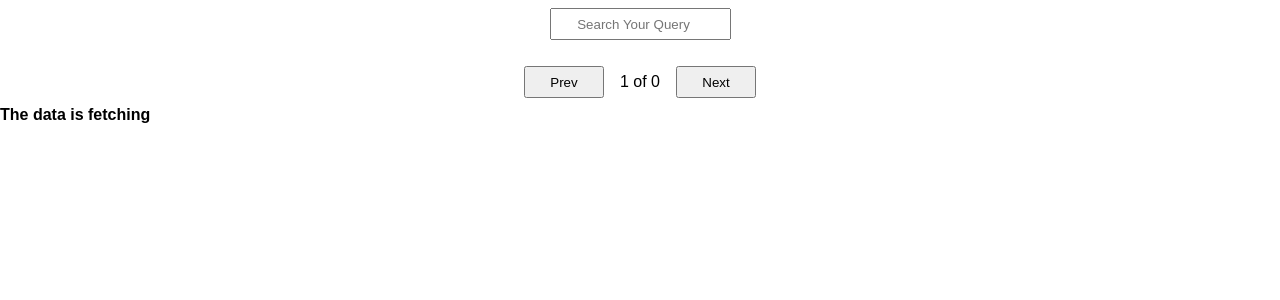
Repository: suraj-yadav7/TechNews
Page: /
These files come from the project's save history. The page is drawn as it stood at one moment and after a run of saves; the edit follows.
The browser window is 1280 px wide. The pictures show the whole page.
The page's requests for data from a server got no answer. The project was rebuilt for these pictures with package versions that can differ from the ones it lists, and the page was loaded fresh each time. No one was signed in, and anything a server would have sent is missing.

Above is the page before, as saved 2023-04-28 10:30:28.

### src/index.js
import React from 'react';
import ReactDOM from 'react-dom/client';
import App from './App';
import { AppProvider } from './context';

const root = ReactDOM.createRoot(document.getElementById('root'));
root.render(
  <React.StrictMode>
    <AppProvider>
    <App />
    </AppProvider>
  </React.StrictMode>
);

### src/App.js
import './App.css';
import Search from './components/Search';
import Stories from './components/Stories';

function App() {
  return (
      <>
      <Search/>
      <Stories />
      </>
  );
}

export default App;

### src/context.jsx
import {useContext, createContext, useEffect, useReducer} from "react"
import {reducer} from './reducer'

const AppContext = createContext();
let api = "https://hn.algolia.com/api/v1/search?";
const initial = {
    hits:[],
    page:0,
    nbPages:0,
    query:"",
    isLoading:true
}

const AppProvider = ({children})=>{

    const [state, dispatch] = useReducer(reducer, initial)

    const fetchApiData = async(url)=>{
        dispatch({
            type:"loadingData",
        })
        try{
            let fetchApi = await fetch(url)
            let data = await fetchApi.json()
            console.log(data)
            dispatch({
                type:"Get_Update",
                payload:{
                    hitNews:data.hits,
                    pg:data.page,
                    nbPg: data.nbPages
                }
            })
        }
        catch(error){
            console.log(error)
        }
        }

        //removing post
        const removePost = (objectID) =>{
                    dispatch({
                        type:"remove_post",
                        payload: objectID
                    })
        }

    //Search Post
    const searchPost = ((searchVal)=>{
        // searchVal.preventDefault()
        dispatch({
        type:"SEARCH_POST",
        payload: searchVal
        })
    })

    //Previous Page
    const prevPage=()=>{
        dispatch({
            type:"PREV_PAGE"
        })
    }
    const nextPage=()=>{
        dispatch({
            type:"NEXT_PAGE"
        })
    }
    useEffect(()=>{
         fetchApiData(`${api}query=${state.query}&&page=${state.page}`)

    },[state.query, state.page])


    return(
        <AppContext.Provider value= {{...state, removePost, searchPost,prevPage,nextPage}} >{children}</AppContext.Provider>
    )
};

//Custom hook to provide appContext and useContext

const useGlobalContext = ()=>{
    return useContext(AppContext)
}
export {AppContext,AppProvider, useGlobalContext}

### src/App.css
*{
  margin: 0;
  padding: 0;
  box-sizing: border-box;
  font-family:  sans-serif;
}

/* Search Div*/
.searchMain{
  display: flex;
  flex-direction: column;
  align-items: center;
  justify-content: center;
  gap:10px
}
.searchInput{
  margin: 0.5rem 0;
  width: 100%;
  height: 2rem;
  text-align: center;
}
.pagination{
  margin: 0.5rem 0;
}
.pagination> button{
  width: 5rem;
  height: 2rem;
  margin: 0 1rem;
}
/* Stories */
.parentStory{
  display: flex;
  align-items: center;
  justify-content: center;
  flex-direction: column;
  gap: 1rem;
  background-image: linear-gradient(to right, #DECBA4, #3E5151);


}

.stories{
  width: 50%;
  height: 12rem;
  display: flex;
  background-image: linear-gradient(to right, #434343 0%, black 100%);
  align-items: center;
  justify-content: center;
  flex-direction: column;
  color: white;
  text-align: center;
}
.stories> h3,p{
  margin: 1rem 0;
  /* padding-bottom: 4rem; */
  padding: 0 2rem;
  margin-bottom: 1.2rem;
}
.storiesButton{
  height: 2rem;
  display: flex;
  align-items: center;
  margin:0.5rem ;
}
.storiesButton >button, a>button{
  margin:0 5rem;
  border: 1px solid blue;
  background-color: aliceblue;
  color: black;
  border-radius: 10px;
  height: 2rem;
  width: 6rem;
  text-align:center;
  font-size: medium;
  cursor: pointer;
}

### src/components/Search.jsx
import React from 'react'
import { useGlobalContext } from '../context'

const Search = () => {
  const { query, searchPost, prevPage, nextPage, nbPages, page } = useGlobalContext()
  return (
    <>
      <div className='searchMain'>
        <div className='formContainer'>
          <form onSubmit={(e) => e.preventDefault()}>
            <input className='searchInput' type="search" placeholder='Search Your Query' value={query} onChange={(e) => searchPost(e.target.value)}></input>
          </form>
        </div>
        <div className='pagination'>
          <button onClick={prevPage} >Prev</button>
          <span>{page + 1} of {nbPages}</span>
          <button onClick={nextPage} >Next</button>
        </div>
      </div>
    </>
  )
}

export default Search

### src/components/Stories.jsx
import React from 'react'
import { useGlobalContext } from '../context'

const Stories = () => {
  const { hits, isLoading, removePost } = useGlobalContext()



  if (isLoading) {
    return (
      <div className="Loading">
        <h4>The data is fetching</h4>
      </div>
    )
  }
  return (
    <>
      <div className='parentStory'>
        <h2>Latest Tech News</h2>
        {hits?.map((story) => {
          const { objectID } = story
          return (
            <>
              <div className='stories' key={objectID}>
                <h3>{story.title}</h3>
                <p>by <span>{story.author}</span>  | <span>comment: {story.num_comments} </span></p>
                  <div className="storiesButton">
                  <a href={story.url} target='_blank' rel="noreferrer"><button >Read More</button></a>
                  <button onClick={() => removePost(objectID)} >Remove</button>
                </div>
              </div>
            </>)
        })}
      </div>
    </>
  )
}

export default Stories

### src/reducer.jsx

const reducer = (state,action) =>{
    switch(action.type){
        case"loadingData" : return{
            ...state,
            isLoading: true

        } ;
        case "Get_Update":
            return{
                ...state,
                isLoading:false,
                hits:action.payload.hitNews,
                nbPages:action.payload.nbPg
            }

        case "remove_post":
            return{
                ...state, hits: state.hits.filter((post)=> post.objectID !== action.payload)
            }

        case "SEARCH_POST":
            return{
                    ...state, query: action.payload
            }

        case "PREV_PAGE":
            let pageNum=state.page-1
            if(pageNum<=0){
                pageNum=0
            }
            return{
                 ...state,
                    page:pageNum
                }


        case "NEXT_PAGE":
            let pageNum2= state.page+1
            if(pageNum2>=50){
                pageNum2=0
            }

            return{
                ...state,
                page:pageNum2
            }

    }
    return state
}
export {reducer};

Loaded but not shown: public/index.html (common file)

After the next 2 saves:
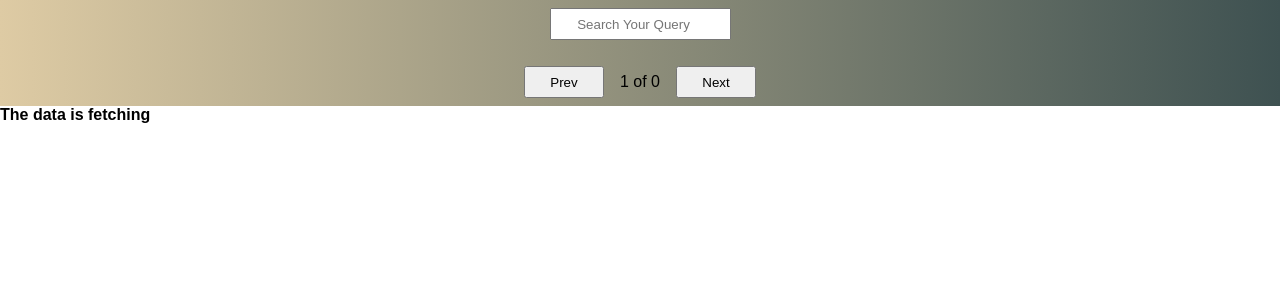
The 2 saves are shown as one change because they came seconds apart.
The last was saved 69 s later.
--- a/src/App.css
+++ b/src/App.css
@@ -11,7 +11,9 @@
   flex-direction: column;
   align-items: center;
   justify-content: center;
-  gap:10px
+  gap:10px;
+  background-image: linear-gradient(to right, #DECBA4, #3E5151);
+
 }
 .searchInput{
   margin: 0.5rem 0;
